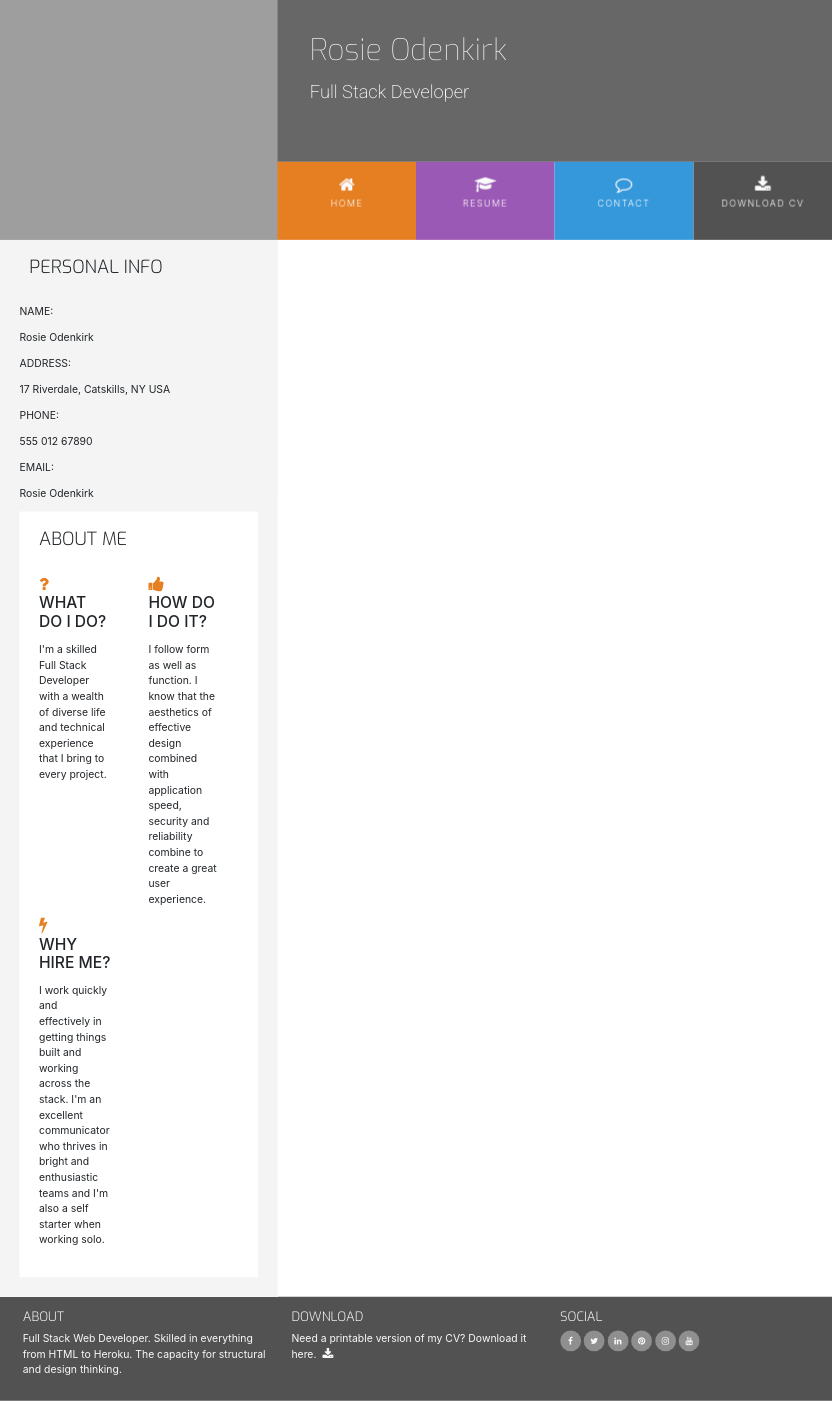
Repository: Davewalsh3/UCD-Resume
Page: index.html
The author's editor kept a record of every edit. The page is drawn from the files as they stood at one moment, then again after the next edit.
The browser window is 1280 px wide. The pictures show the whole page, at 65% of full size.
Pictures or frames that could not be fetched are drawn as grey boxes. Some web libraries are served in a nearby version.

Above is the page before.

After the next edit:
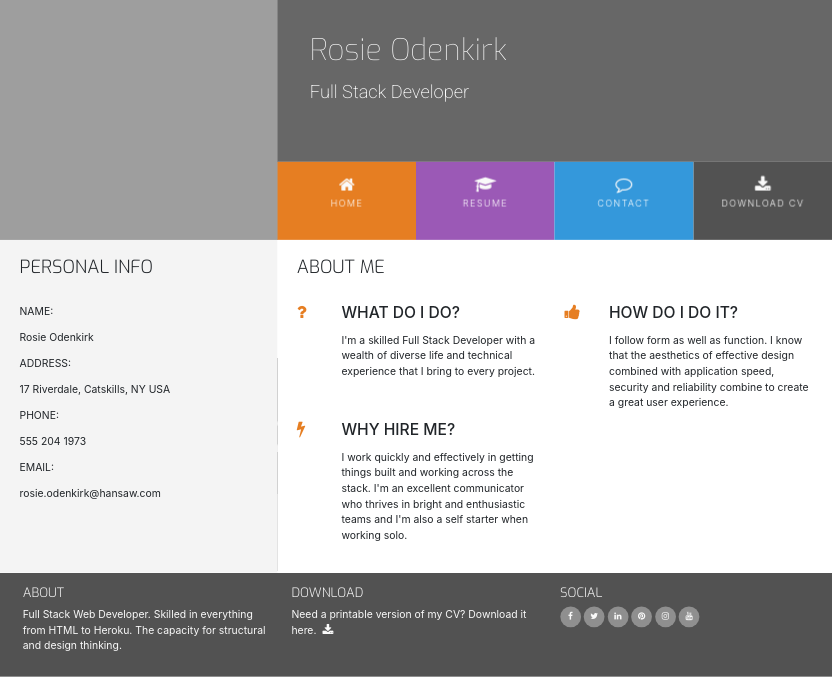
The edit:
--- a/index.html
+++ b/index.html
@@ -48,47 +48,62 @@
     <section class="container-fluid">
         <div class="row">
             <div class="col-md-4 bg-color-personal-info section-column">
-                <div class="col-12">
-                    <h3 class="section-heading uppercase">Personal Info</h3>
-                </div>
-                <div class="personal-info-item">
-                    <div class="key">
-                        <p class="uppercase">Name: </p>
-
-                    </div>
-                    <div class="value">
-                        <p> Rosie Odenkirk </p>
-                    </div>
-                    <div class="personal-info-item">
-                        <div class="key">
-                            <p class="uppercase">Address: </p>
-
-                        </div>
-                        <div class="value">
-                            <p> 17 Riverdale, Catskills, NY USA </p>
-                        </div>
-                    </div>
-                </div>
-            <div class="personal-info-item">
-                    <div class="key">
-                        <p class="uppercase">Phone:</p>
-
-                    </div>
-                    <div class="value">
-                        <p> 555 012 67890 </p>
-                    </div>
-                    <div class="personal-info-item">
-                    <div class="key">
-                        <p class="uppercase">Email:      </p>
-
-                    </div>
-                    <div class="value">
-                        <p> Rosie Odenkirk        </p>
-                    </div>
-
-                </div>
-
-                </div>
+                <div class="row">
+                    <div class="col-12">
+                        <h3 class="section-heading uppercase">
+                            Personal Info
+                        </h3>
+                    </div>
+                </div>
+                <div class="personal-info-item">
+                    <div class="key">
+                        <p class="uppercase">
+                            Name:
+                        </p>
+                    </div>
+                    <div class="value">
+                        <p>
+                            Rosie Odenkirk
+                        </p>
+                    </div>
+                </div>
+                <div class="personal-info-item">
+                    <div class="key">
+                        <p class="uppercase">
+                            Address:
+                        </p>
+                    </div>
+                    <div class="value">
+                        <p>
+                            17 Riverdale, Catskills, NY USA
+                        </p>
+                    </div>
+                </div>
+                <div class="personal-info-item">
+                    <div class="key">
+                        <p class="uppercase">
+                            Phone:
+                        </p>
+                    </div>
+                    <div class="value">
+                        <p>
+                            555 204 1973
+                        </p>
+                    </div>
+                </div>
+                <div class="personal-info-item">
+                    <div class="key">
+                        <p class="uppercase">
+                            Email:
+                        </p>
+                    </div>
+                    <div class="value">
+                        <p>
+                            rosie.odenkirk@hansaw.com
+                        </p>
+                    </div>
+                </div>
+            </div>
 
             <div class="col-md-8 bg-color-three-reasons section-column">
                 <div class="row">
